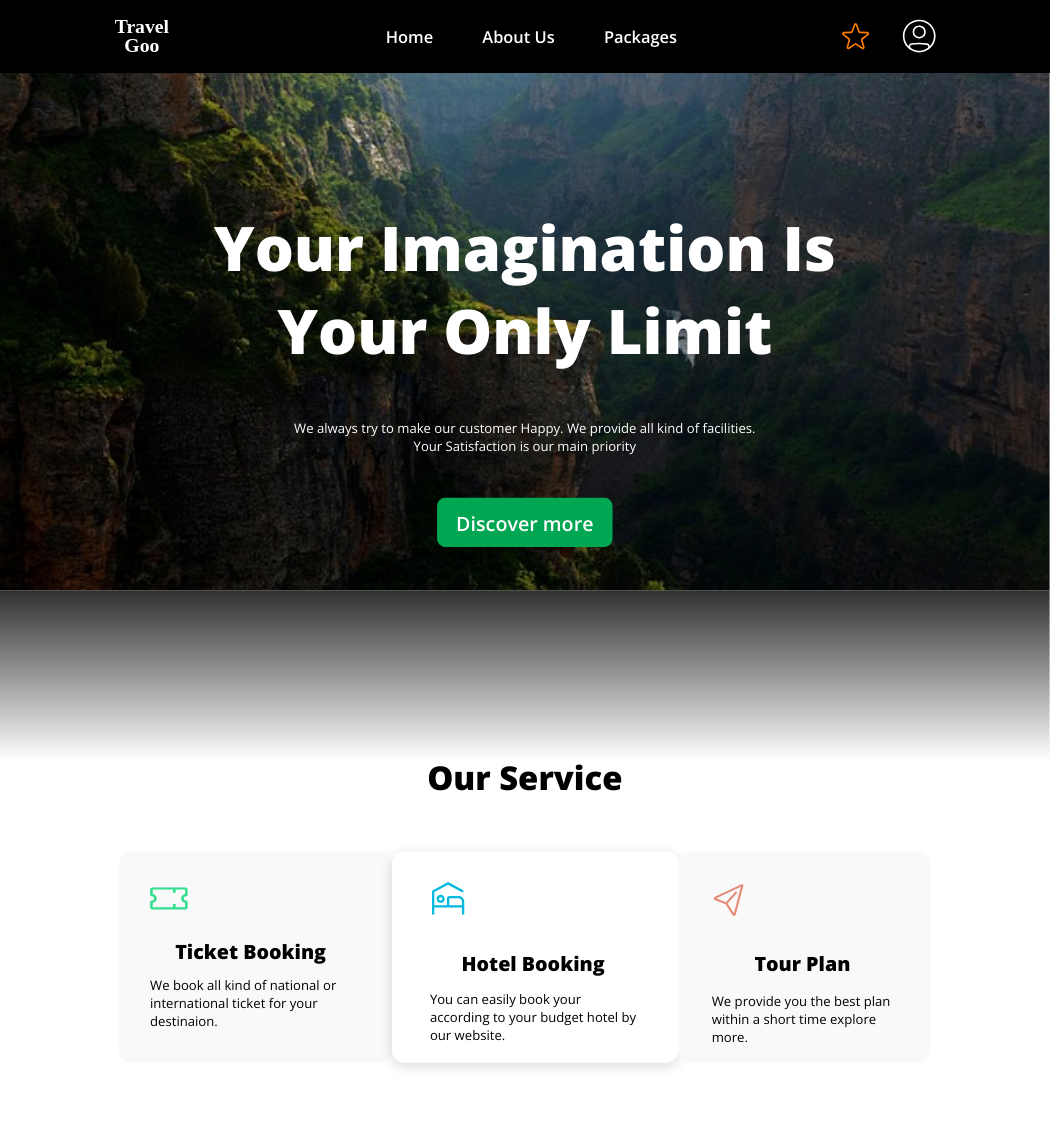
Repository: simralgasimov/back-project
Page: index.html
These files come from the project's save history. The page is drawn as it stood at one moment and after a run of saves; the edit follows.
The browser window is 1280 px wide. The pictures show the whole page, at 82% of full size.
Some web fonts or font styles are not loaded; a fallback is used.

Above is the page before, as saved 2023-09-27 13:29:05.

After the next 4 saves:
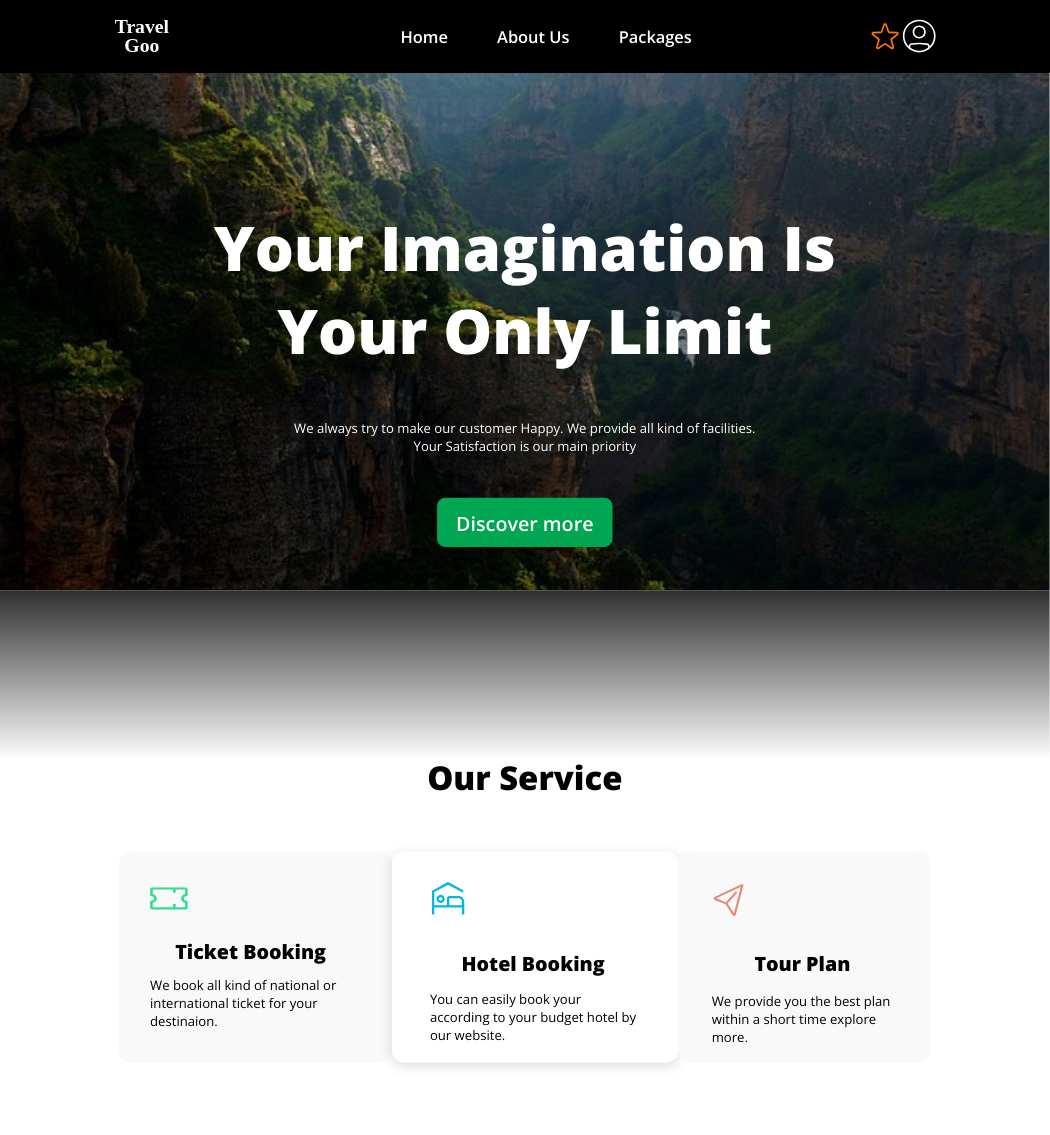
The 4 saves are shown as one change because they came seconds apart.
The last was saved 7 s later.
--- a/index.html
+++ b/index.html
@@ -21,12 +21,12 @@
           </ul>
         </div>
         <div class="icon">
-          <div class="star">
+          <!-- <div class="star"> -->
             <img src="./clarity_favorite-line.svg" alt="" />
-          </div>
-          <div class="user">
+          <!-- </div> -->
+          <!-- <div class="user"> -->
             <img src="./healthicons_ui-user-profile-outline.svg" alt="" />
-          </div>
+          <!-- </div> -->
         </div>
       </div>
       <div class="container-1">

After the 4 saves that followed:
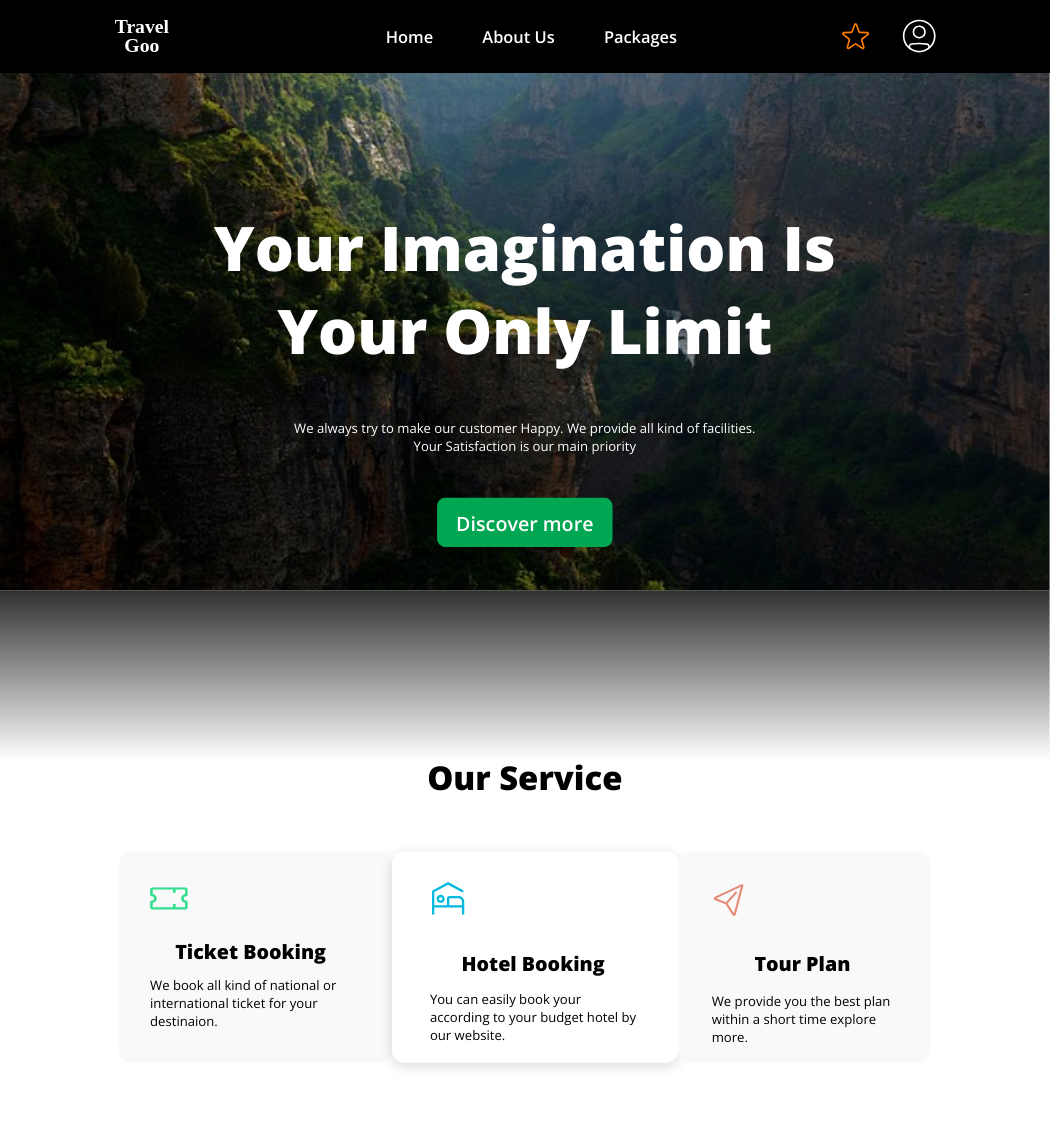
The 4 saves are shown as one change because 1 left the picture as it was and some came seconds apart.
The last was saved 10 s later.
--- a/index.css
+++ b/index.css
@@ -61,7 +61,7 @@
   align-items: center;
 }
 
-.container .navbar .icon .star {
+.container .navbar .icon img:first-child {
   margin-right: 36px;
   width: 36px;
   height: 36px;
